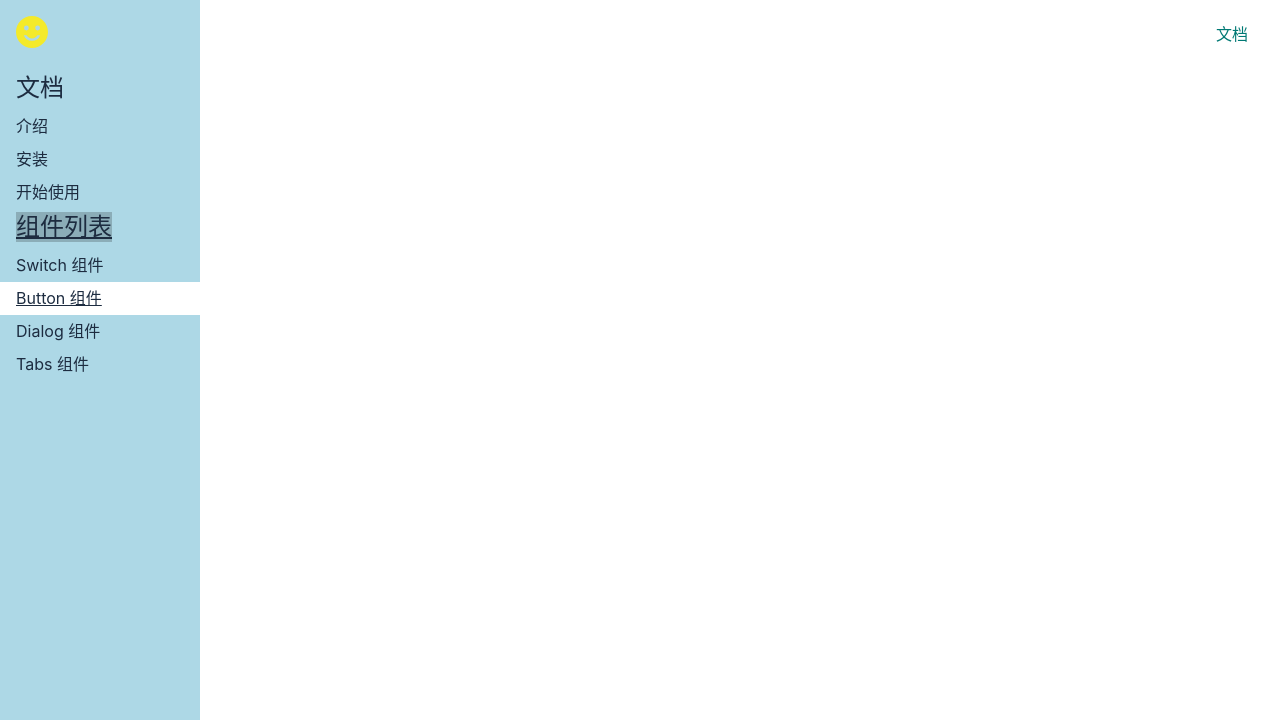
Repository: huming3272/Smile-UI
Page: /#/doc/button
The author's editor kept a copy of each file at every save. The page is drawn from the files as they stood at one save, then again after the next save.
The browser window is 1280 px wide. The pictures show the whole page.
The project was rebuilt for these pictures with package versions that can differ from the ones it lists, and the page was loaded fresh each time. Also part of the build but not shown: src/lib/svg.js, src/views/Home.vue, src/lib/Switch.vue, src/components/Switch1.demo.vue, src/components/Switch2.demo.vue, src/components/SwitchDemo.vue, src/lib/Dialog.vue, src/components/Dialog1.demo.vue and 6 more. Imported but missing from the stored project, and not drawn on this page: src/lib/Tabs.vue, src/lib/openDialog.

Above is the page before, as saved 2022-04-17 17:36:56.

### index.html
<!DOCTYPE html>
<html lang="en">
<head>
  <meta charset="UTF-8">
  <link rel="icon" href="/favicon.ico" />
  <meta name="viewport" content="width=device-width, initial-scale=1.0">
  <title>Vite App</title>
  <!-- <script src="//at.alicdn.com/t/font_3242938_9kpz3740e2n.js"></script> -->
</head>
<body>
  <div id="app"></div>
  <script type="module" src="/src/main.ts"></script>
</body>
</html>

### src/main.ts
import "./lib/gulu.scss";
import "./lib/svg.js";
import "./index.scss";
import { createApp } from 'vue';
import App from './App.vue';
import router from './router/index';
import 'github-markdown-css'

const app = createApp(App)
app.use(router)
app.mount('#app')

### src/index.scss
* {
  margin: 0;
  padding: 0;
  box-sizing: border-box;
}
ul,
ol {
  list-style: none;
}
a {
  text-decoration: none;
  color: inherit;
  border-bottom: 1px solid transparent;
  &:hover {
    border-bottom: 1px solid;
    text-decoration: underline;
    cursor: pointer;
  }
}
h1,h2,h3,h4,h5,h6{
  font-weight: normal;
}
body{
  font-size: 16px;
  font-family: -apple-system, "Noto Sans",
  "Helvetica Neue",
  Helvetica, "Nimbus Sans L", Arial,
  "Liberation Sans",
  "PingFang SC",
  "Hiragino Sans GB",
  "Noto Sans CJK SC",
  "Source Han Sans SC",
  "Source Han Sans CN",
  "Microsoft YaHei",
  "Wenquanyi Micro Hei",
  "WenQuanYi Zen Hei",
  "ST Heiti",
  SimHei,
   "WenQuanYi Zen Hei Sharp",
  sans-serif;
  line-height: 1.5;
  color: #1d2c40;
}
.icon {
  width: 1em; height: 1em;
  vertical-align: -0.15em;
  fill: currentColor;
  overflow: hidden;
}

### src/App.vue
<template>
  <router-view/>
</template>

<script lang='ts'>
import {ref,provide} from 'vue'
import router from './router/index'

export default {
  name: 'App',
  setup(){
    const width = document.documentElement.clientWidth;
    //获取窗口宽度
    const menuVisible = ref(width <= 500 ? false : true);
    const toggleAside = ref(false)


    //检测窗口宽度
    //定义初值，类似vue2的data

    provide('menuVisible',menuVisible)//set
    //provide提供menuVisible给全局
    provide('toggleAside',toggleAside)



  },


}
</script>
<style lang="scss">
  *{
    padding: 0;
    margin: 0;
    list-style: none;

  }
</style>

### src/router/index.ts
import {createWebHashHistory,createRouter} from 'vue-router'
import Home from '../views/Home.vue'
import Doc from '../views/Doc.vue'
import Switch from '../components/SwitchDemo.vue'
import Button from '../components/ButtonDemo.vue'
import Dialog from '../components/DialogDemo.vue'
import Tabs from '../components/TabsDemo.vue'
import DocDemo from '../components/DocDemo.vue'

import Intro from '../views/Intro.vue';
import GetStarted from '../views/GetStarted.vue'
import Install from '../views/Install.vue'

import { h } from 'vue';
import Markdown from '../components/Markdown.vue';
const md = (filename) => {return h(Markdown,{path:`../markdown/${filename}.md`, key: filename})}
//  必须加上不同的key，不然切换组件后，渲染会失败
const history = createWebHashHistory()
// hash型路由
 const router = createRouter(
// 创建路由器
    {
    history:history,
    routes:[
        {path:'/',component:Home},
        {path:'/doc',component:Doc,
        children:[
            { path:'',component:DocDemo },
            { path:'switch',component:Switch },
            { path:'button',component:Button },
            { path:'Dialog',component:Dialog },
            { path:'Tabs',component:Tabs },
            { path: "intro", component: md('intro') },
            { path: "get-started", component: md('get-started') },
            { path: "install", component: md('install') },
        ]},

    ]
}
)


export default router

### src/views/Doc.vue
<template>
  <div class="layout">
    <Topnav class="nav"></Topnav>
    <div class="content">
      <aside v-if="menuVisible">
        <h2>
          文档
        </h2>
        <ol>
          <li>
            <router-link to="/doc/intro">
              介绍
            </router-link>
          </li>
          <li>
            <router-link to="/doc/install">
              安装
            </router-link>
          </li>
          <li>
            <router-link to="/doc/get-started">
              开始使用
            </router-link>
          </li>
        </ol>
        <h2>
          <router-link to='/doc'>
            组件列表
          </router-link>
        </h2>
        <ol>
          <li>
            <router-link to="/doc/switch">Switch 组件</router-link>
          </li>
          <li>
            <router-link to="/doc/button">Button 组件</router-link>
          </li>
          <li>
            <router-link to="/doc/dialog">Dialog 组件</router-link>
          </li>
          <li>
            <router-link to="/doc/tabs">Tabs 组件</router-link>
          </li>
        </ol>
      </aside>
      <main>
        <router-view></router-view>
      </main>
    </div>
  </div>
</template>
<script lang="ts">
import Topnav from "../components/Topnav.vue";
import {inject,Ref,onMounted,onUnmounted} from 'vue'
import  router  from '../router/index';
export default {
  components: {
    Topnav,
  },
  setup(){
    //setup函数是处于 生命周期函数 beforeCreate 和 Created 两个钩子函数之前的函数,类似用函数定义vue2的data
    const menuVisible = inject<Ref<boolean>>('menuVisible') //get
    const toggleAside = inject<Ref<boolean>>('toggleAside')
    toggleAside.value = true
    //引入名为menuVisible

    const menuActive = () => {
          if (window.innerWidth > 500){
            menuVisible.value = true
          }
      }
    onMounted(() => {
      window.addEventListener('resize',menuActive)
    })
    onUnmounted(() => {
      window.removeEventListener('resive',menuActive)
    })

    router.afterEach((to, from) => {

      // menuVisible.value = false
    })

    return {menuVisible}
    // return 暴露出去，才能在这个文件中使用menuVisible

  },
  methods: {

  }

};
</script>
<style lang="scss" scoped>
.router-link-active {
  text-decoration: underline;
}
.layout {
  display: flex;
  flex-direction: column;
  height: 100vh;
  z-index: 10;
  > .nav {
    flex-shrink: 0;
  }
  > .content {
    flex-grow: 1;
    padding-top: 53px;
    padding-left: 200px;
    @media (max-width: 500px) {
      padding-left: 0;
    }
  }
}
.content {
  display: flex;
  > aside {
    flex-shrink: 0;
    // position: relative;
    h2{
      >.router-link-active{
        background: rgba(0,0,0,0.2);
      }
    }
    >ol{
      .router-link-active{
        // background: rgba(255, 81, 0, 0.5)
      }
    }

  }
  > main {
    flex-grow: 1;
    padding: 16px 10px;
    // background: lightgreen;

  }
}
aside {
  background: lightblue;
  width: 200px;
  // padding: 16px 0 16px 16px;
  position: fixed;
  top: 0;
  left: 0;
  padding-top: 70px;
  height: 100%;
  // z-index: 20;
  > h2 {
    margin-bottom: 4px;
    padding: 0 16px;
  }
  > ol {
    > li {
      >a {
        display: block;
        padding: 4px 16px;
        text-decoration: none;
      }
      .router-link-active{
        background: white;
      }
    }
  }
  @media (max-width: 500px) {
    position: fixed;
    top: 0;
    left: 0;
    padding-top: 70px;
  }
}
main {
  overflow: auto;
}
</style>

### src/components/ButtonDemo.vue
<template>
  <div>
    <!-- <Demo :component="Button1Demo"></Demo> -->
  </div>
</template>
<script lang="ts">
  import Demo from '../components/Demo.vue'
  import Button1Demo from '../components/Button1.demo.vue'
  export default {
    components:{
      Button1Demo,
      Demo
    },
    setup(){
      const onClick = ()=>{
        console.log('被触发')
      }
      return {
        onClick,
        Button1Demo,
        Demo
      }
    }
  }
</script>
<style lang="scss">
</style>

### src/components/Topnav.vue
<template>
  <div class="topnav">
    <router-link class="logo" to='/' >
      <svg class="icon" aria-hidden="true">
        <use xlink:href="#icon-Smile"></use>
      </svg>
    </router-link>
    <ul class="menu">
      <li>
        <router-link to="/doc">
          文档
        </router-link>
      </li>
    </ul>
    <svg class="icon toggleAside" aria-hidden="true"  v-if="toggleAside"  @click="toggleMenu">
        <use xlink:href="#icon-shenLue"></use>
      </svg>
  </div>
</template>
<script lang="ts">
import {inject,Ref} from 'vue'
import router from '../router/index'
export default {
  setup(){

    const menuVisible = inject<Ref<boolean>>('menuVisible') //get
    const toggleAside = inject<Ref<boolean>>('toggleAside')
    //inject<Ref<boolean>>('menuVisible')
    //从全局引入menuVisible为boolean类型的Ref参数
    // menuVisible变量可以认为是data里的
    const toggleMenu = ()=>{
      // router.push('/doc')
      menuVisible.value = !menuVisible.value
      //这里类似methods

    }
    router.afterEach((to,from) => {
      if(to.path==='/'){
        toggleAside.value = false
      }

    });
    return {toggleMenu,toggleAside}
  }
}
</script>
<style lang="scss" scoped>
$color: #007974;
.topnav {
  color: $color;
  // background: pink;
  display: flex;
  padding: 16px;
  position: fixed;
  top: 0;
  left: 0;
  width: 100%;
  z-index: 10;
  justify-content: center;
  align-items: center;
  > .logo {
    max-width: 6em;
    margin-right: auto;
    >svg {
      width: 32px;
      height: 32px;
    }
  }
  > .menu {
    display: flex;
    white-space: nowrap;
    flex-wrap: nowrap;
    > li {
      margin: 0 1em;
    }

  }
  >.toggleAside {
    width: 24px;
    height: 24px;
    position: absolute;
    left: 16px;
    top: 50%;
    transform: translateY(-50%);
    display: none;
  }

  @media (max-width: 500px) {
    > .menu {
      display: none;
    }
    > .toggleAside {
      display: block;
    }
    > .logo {
      margin: 0 auto;
    }

  }
}
</style>

### src/lib/gulu.scss
[class^="gulu-"], [class*=" gulu-"] {
    // 属性选择器的"^"开头选择器,"*"包含选择器
    margin: 0;
    padding: 0;
    box-sizing: border-box;
    font-size: 16px;
    // 为什么这样写 font-family
    // 答案见 https://github.com/zenozeng/fonts.css/
    font-family: -apple-system, "Noto Sans", "Helvetica Neue", Helvetica,
      "Nimbus Sans L", Arial, "Liberation Sans", "PingFang SC", "Hiragino Sans GB",
      "Noto Sans CJK SC", "Source Han Sans SC", "Source Han Sans CN",
      "Microsoft YaHei", "Wenquanyi Micro Hei", "WenQuanYi Zen Hei", "ST Heiti",
      SimHei, "WenQuanYi Zen Hei Sharp", sans-serif;
  }

### src/components/Demo.vue
<template>
  <div class="demo">
    <h2>{{ component.__sourceCodeTitle }}</h2>
    <div class="demo-component">
      <component :is="component" />
    </div>
    <div class="demo-actions">
      <Button @click="toggleCode">查看代码</Button>
    </div>
    <div class="demo-code" v-if="codeVisible">
      <pre class="language-html" v-html="html" />
    </div>
  </div>
</template>

<script lang="ts">
import Button from "../lib/Button.vue";
import "prismjs";
import { computed, ref } from "vue";
const Prism = (window as any).Prism;
export default {
  components: {
    Button,
  },
  props: {
    component: Object,
  },
  setup(props) {
    const html = computed(() => {
      return Prism.highlight(
        props.component.__sourceCode,
        Prism.languages.html,
        "html"
      );
    });
    const toggleCode = () => (codeVisible.value = !codeVisible.value);
    const codeVisible = ref(false);
    return {
      Prism,
      html,
      codeVisible,
      toggleCode
    };
  },
};
</script>

<style lang="scss" scoped>
$border-color: #d9d9d9;
.demo {
  border: 1px solid $border-color;
  margin: 16px 0 32px;
  > h2 {
    font-size: 20px;
    padding: 8px 16px;
    border-bottom: 1px solid $border-color;
  }
  &-component {
    padding: 16px;
  }
  &-actions {
    padding: 8px 16px;
    border-top: 1px dashed $border-color;
  }
  &-code {
    padding: 8px 16px;
    border-top: 1px dashed $border-color;
    > pre {
      line-height: 1.1;
      font-family: Consolas, "Courier New", Courier, monospace;
      margin: 0;
    }
  }
}
</style>
<style lang="scss">
@import "prismjs/themes/prism.css";
// 换方式引入prism的css
</style>

### src/components/Button1.demo.vue
<demo>
    常规使用
</demo>
<template>
  <div>

      <Button @click="onClick" @focus="onClick" @mouseleave="onClick" >
        一个触发按钮
      </Button>
    <div>
      <h1>示例1</h1>
      <Button>默认</Button>
      <Button theme="button">按钮类型</Button>
      <Button theme="link">链接类型</Button>
      <Button theme="text">文字类型</Button>
    </div>
    <div>
      <h1>示例2</h1>
      <Button size='big'>大按钮</Button>
      <Button>普通尺寸</Button>
      <Button size="small">小按钮</Button>
    </div>
    <div>
      <h1>示例3</h1>
      <Button theme="link" size="big">大大大</Button>
      <Button theme="link">普普通通</Button>
      <Button size="small" theme="link">小小小</Button>
    </div>
    <div>
      <h1>示例4</h1>
      <Button size="big" theme="text">大大大</Button>
      <Button theme="text">普普通通</Button>
      <Button size="small" theme="text">小小小</Button>
    </div>
    <div>
      <h1>示例5</h1>
      <Button theme="text" level="main">主要文字按钮</Button>
      <Button theme="text">普通文字按钮</Button>
      <Button theme="link" level="danger">危险文字按钮</Button>
      <Button theme="link" level="warnning">警告按钮</Button>
    </div>
    <div>
      <h1>示例6</h1>
      <Button disabled>禁用按钮</Button>
      <Button theme="link" disabled>禁用链接按钮</Button>
      <Button theme="text" disabled>禁用按钮</Button>
    </div>
    <div>
      <h1>示例7</h1>
      <Button loading>加载中</Button>
    </div>
  </div>
</template>
<script lang="ts">
  import Button from '../lib/Button.vue'
  export default {
    components:{
      Button
    },
    setup(){
      const onClick = ()=>{
        console.log('被触发')
      }
      return {
        onClick
      }
    }
  }
</script>
<style lang="scss">
</style>

### src/lib/Button.vue
<template lang="">

        <!-- <button v-bind="$attrs"> -->
            <button v-bind="rest" class="gulu-button" :class="classes" :disabled="disabled">
            <!-- 为button绑定rest得到的传入事件，两种都可以 -->
            <span v-if="loading" class="gulu-loadingIndicator"></span>
            <slot></slot>
        </button>


</template>
<script lang="ts">
import {computed} from 'vue'
export default {
  inheritAttrs: false,
  //inheritAttrs继承，默认是true，继承一切传入的事件，给template内的第一级元素
  name: "Button",
  props: {
    theme: {
      type: String,
      default: "button",
    },
    size:{
        type:String,
        default:"normal",
    },
    level:{
        type:String,
        default:"normal"
    },
    disabled: {
      type: Boolean,
      default: false,
    },
    loading:{
        type: Boolean,
        default:false,
    }
  },
  setup(props, context) {
    //非响应式对象，等同于 $attrs
    const { ...rest } = context.attrs;
    //拿到了父传子的size参数和rest事件
    const {theme,size,level}=props;
    const classes = computed(()=>{
        return{
            [`gulu-theme-${theme}`]: theme,
            [`gulu-size-${size}`]: size,
            [`gulu-level-${level}`]:level
        }
    })
    return { rest,size, classes };
  },
};
</script>
<style lang="scss">
div{

    $h: 32px;
    $border-color: #d9d9d9;
    $color: #333;
    $blue: #40a9ff;
    $radius: 4px;
    $red: red;
    $orange: rgb(252, 151, 0);
    $grey: grey;
    .gulu-button {
        box-sizing: border-box;
        height: $h;
        padding: 0 12px;
        cursor: pointer;
        display: inline-flex;
        justify-content: center;
        align-items: center;
        white-space: nowrap;
        background: white;
        color: $color;
        border: 1px solid $border-color;
        border-radius: $radius;
        box-shadow: 0 1px 0 fade-out(black, 0.95);
        transition: background-color 250ms;
        & + & {
            margin-left: 8px;
            border:1px solid red;
        }
        &:hover,
        &:focus {
        color: $blue;
        border-color: $blue;
        }
        &:focus {
            outline: none;
        }
        &::-moz-focus-inner {
            border: 0;
        }
         &.gulu-theme-link{
            border-color: transparent;
            box-shadow: none;
            color: $blue;
            text-decoration: underline;
        &:hover,&:focus{
            color: lighten($blue, 10%);
        }
  }
        &.gulu-theme-text{
            border-color: transparent;
            box-shadow: none;
            color: inherit;
        &:hover,&:focus{
            background: darken(white, 5%);;
            }
        }
            &.gulu-size-big{
                font-size: 24px;
                height: 48px;
                padding: 0 16px
            }
            &.gulu-size-small{
                font-size: 12px;
                height: 20px;
                padding: 0 4px;
            }

         &.gulu-theme-button {
            &.gulu-level-main {
                background: $blue;
                color: white;
                border-color: $blue;
            &:hover,
            &:focus {
                background: darken($blue, 10%);
                border-color: darken($blue, 10%);
                }
            }
            &.gulu-level-danger {
                background: $red;
                border-color: $red;
                color: white;
                &:hover,
                &:focus {
                    background: darken($red, 10%);
                    border-color: darken($red, 10%);
                }
            }
        }
        &.gulu-theme-link {
        &.gulu-level-danger {
            color: $red;
            &:hover,
                &:focus {
                    color: darken($red, 10%);
                }
            }
            &.gulu-level-warnning{
                color: $orange !important;
                &:hover,
                &:focus {
                    color: darken($orange, 10%);
                }
            }
        }
        &.gulu-theme-text {
            &.gulu-level-main {
            color: $blue;
            &:hover,
            &:focus {
                    color: darken($blue, 10%);
                }
            }
             &.gulu-level-danger {
                color: $red;
                &:hover,
                &:focus {
                    color: darken($red, 10%);
                }
            }
            &.gulu-level-warnning{
                color: $orange !important;
                &:hover,
                &:focus {
                    color: darken($orange, 10%);
                }
            }
        }
         &.gulu-theme-button {
            &[disabled] {
                cursor: not-allowed;
                color: $grey;
                &:hover {
                    border-color: $grey;
                }
            }
        }
        &.gulu-theme-link, &.gulu-theme-text {
            &[disabled] {
                cursor: not-allowed;
                color: $grey;
            }
        }
        > .gulu-loadingIndicator{
                width: 14px;
                height: 14px;
                display: inline-block;
                margin-right: 4px;
                border-radius: 8px;
                border-color: $blue $blue $blue transparent;
                border-style: solid;
                border-width: 2px;
                animation: gulu-spin 1s infinite linear;
            }
    }
        @keyframes gulu-spin {
            0%{transform: rotate(0deg)}
            100%{transform: rotate(360deg)}
        }
}
</style>

After the next save:
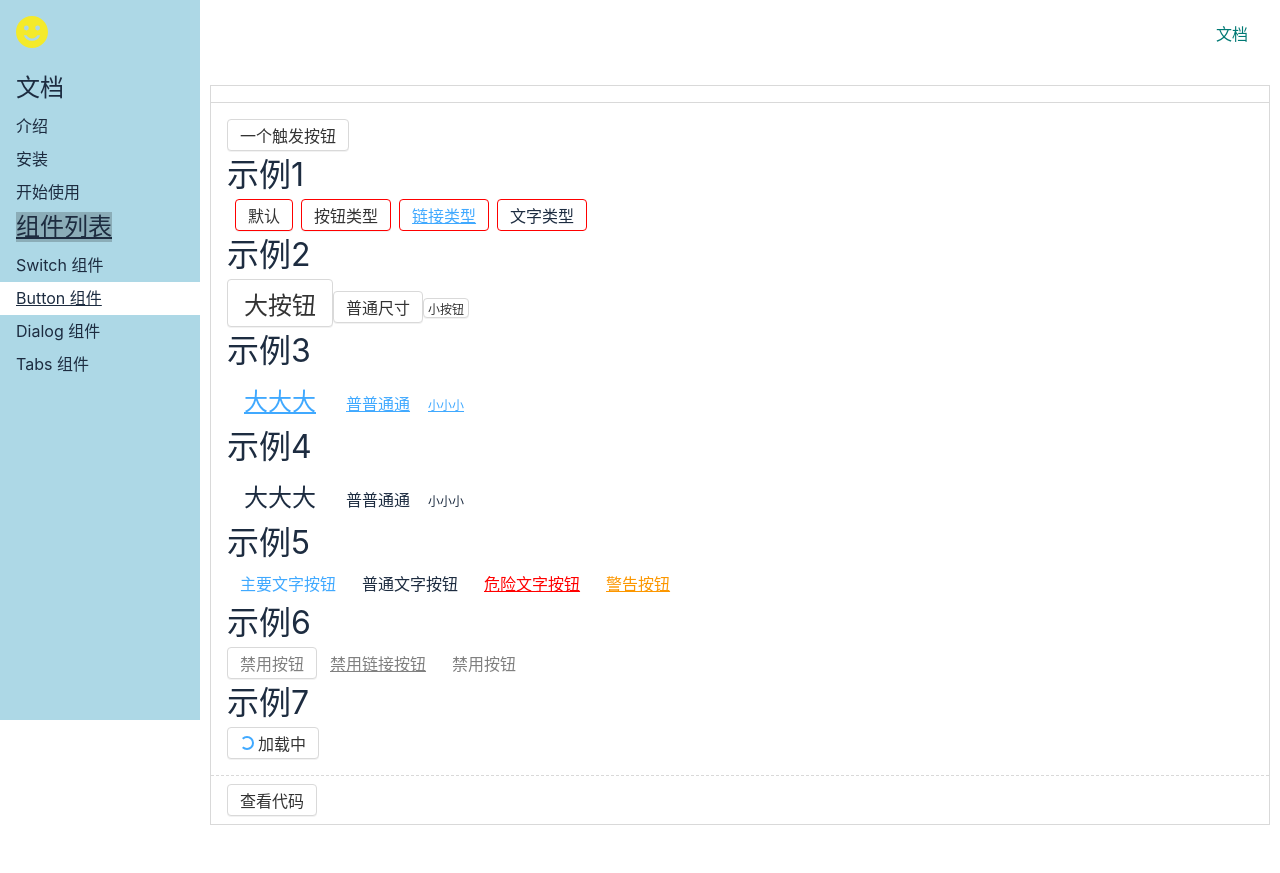
Saved 1 s later.
--- a/src/components/ButtonDemo.vue
+++ b/src/components/ButtonDemo.vue
@@ -1,6 +1,6 @@
 <template>
   <div>
-    <!-- <Demo :component="Button1Demo"></Demo> -->
+    <Demo :component="Button1Demo"></Demo>
   </div>
 </template>
 <script lang="ts">
